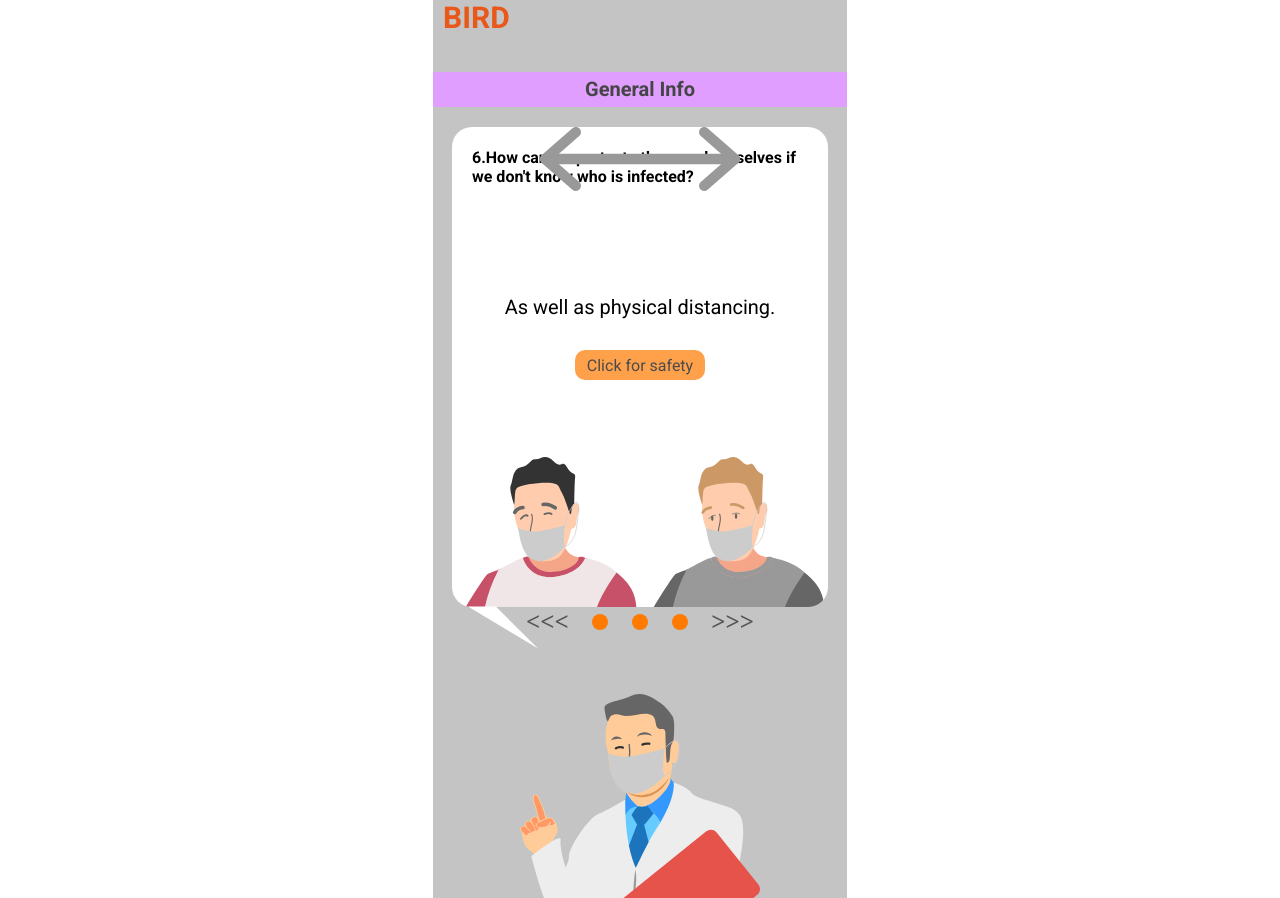
Repository: Levic559/BIRD
Page: General_info-6/3.html
An editor plug-in stored every save of this project. The page is shown before and after the next save, followed by the edit.
The browser window is 1280 px wide. The pictures show the whole page.

Above is the page before, as saved 2021-03-11 01:19:59.
Console error: TypeError: Cannot read properties of null (reading 'style')

After the next save:
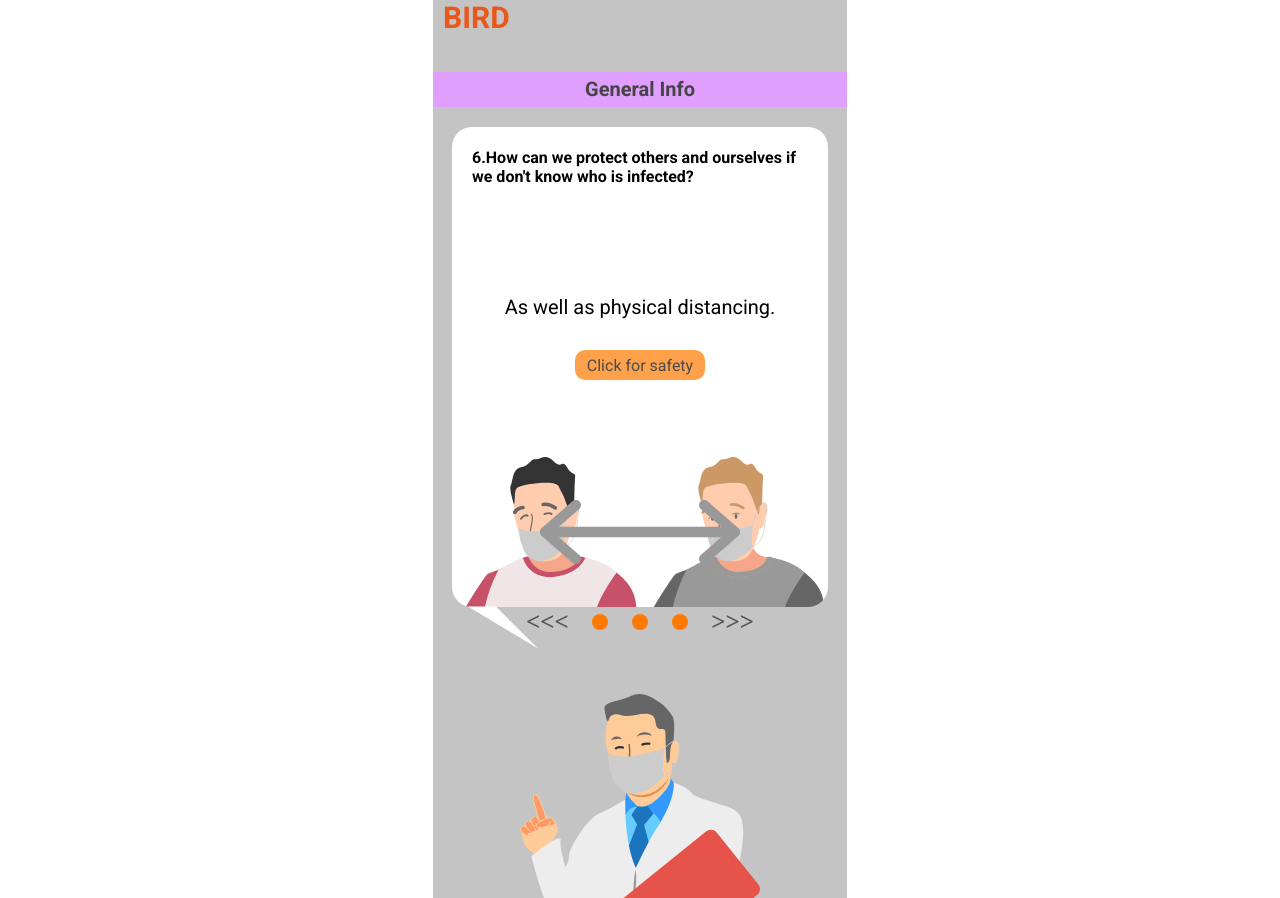
Saved 9 s later.
--- a/General_info-6/3.html
+++ b/General_info-6/3.html
@@ -37,6 +37,7 @@
           position: absolute;
           width: 200px;
           height: 100px;
+          top: 500px;
 
         ">
           <img src="../assets/distancing.svg">
